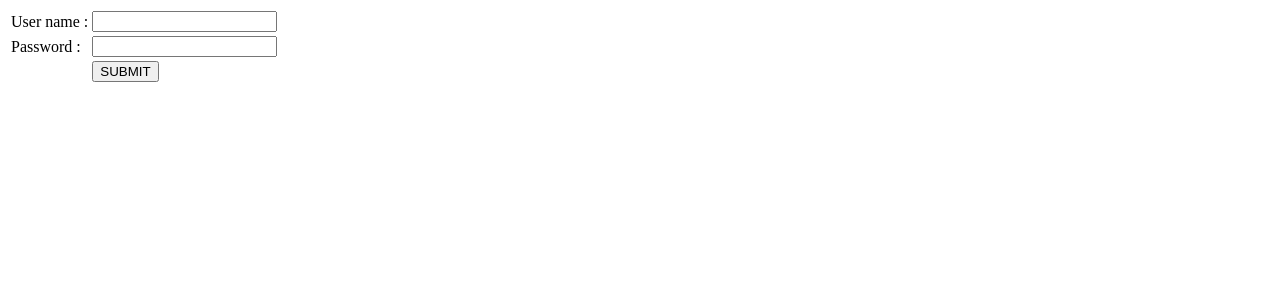
Repository: MarkFernandes11/Advanced-Java
Page: http://localhost/LoginPage/Index.jsp
The author's editor kept a copy of each file at every save. The page is drawn from the files as they stood at one save, then again after the next save.
The browser window is 1280 px wide. The pictures show the whole page.
The page is served by Tomcat 9.

Above is the page before, as saved 2019-09-21 12:05:23.

After the next save:
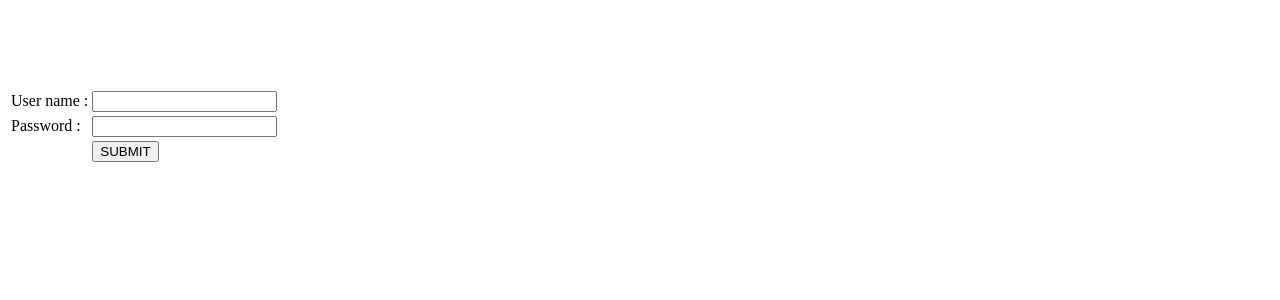
Saved 60 min 52 s later.
--- a/LoginPage/WebContent/Index.jsp
+++ b/LoginPage/WebContent/Index.jsp
@@ -7,6 +7,12 @@
 <title>Insert title here</title>
 </head>
 <body>
+
+	<div>
+		<header>
+			<h1> <marquee>BridgeLabz Web Page </marquee></h1>
+		</header>
+	</div>
 	<form method="post" action="LoginAction">
 		<table>
 			<tr><td>User name : </td> <td><input type = "text" name ="username"> </td></tr>
